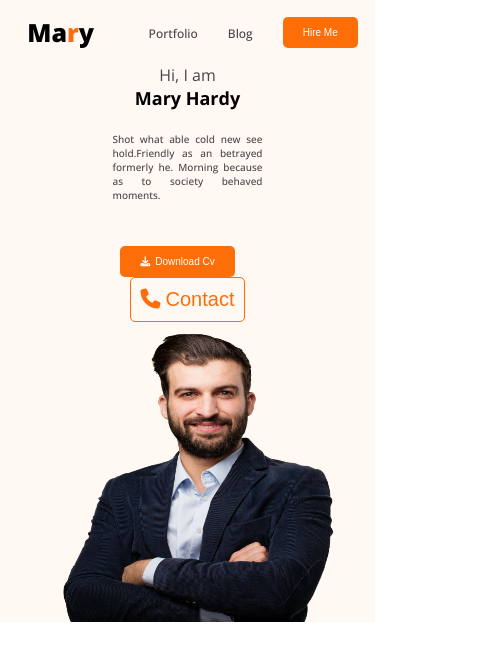
Repository: nahid-hasann/website-1
Page: index.html
An editor plug-in stored every save of this project. The page is shown before and after the next save, followed by the edit.
The browser window is 375 px wide. The page is 480 px wide, so the pictures cover 480 px, including what lies to the right of the window. The pictures show the whole page.

Above is the page before, as saved 2025-07-16 12:37:07.

After the next save:
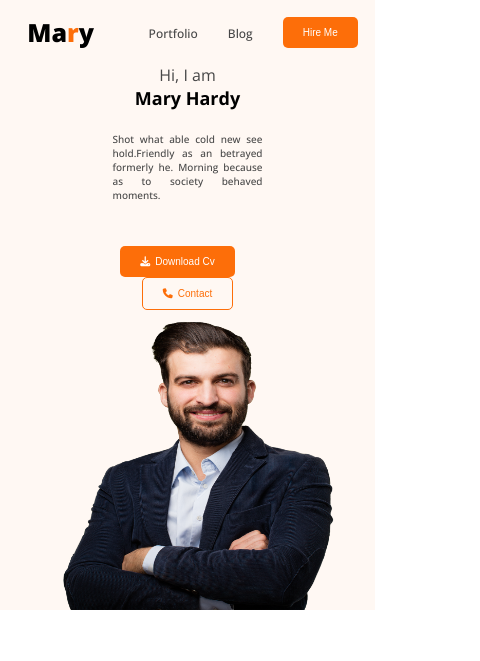
Saved 6 s later.
--- a/style.css
+++ b/style.css
@@ -379,7 +379,8 @@ max-width: 100%;
     }
 
     .btn-2{
-
+        font-size: 10px;
+        padding: 10px 20px;
     }
 
     .section{
